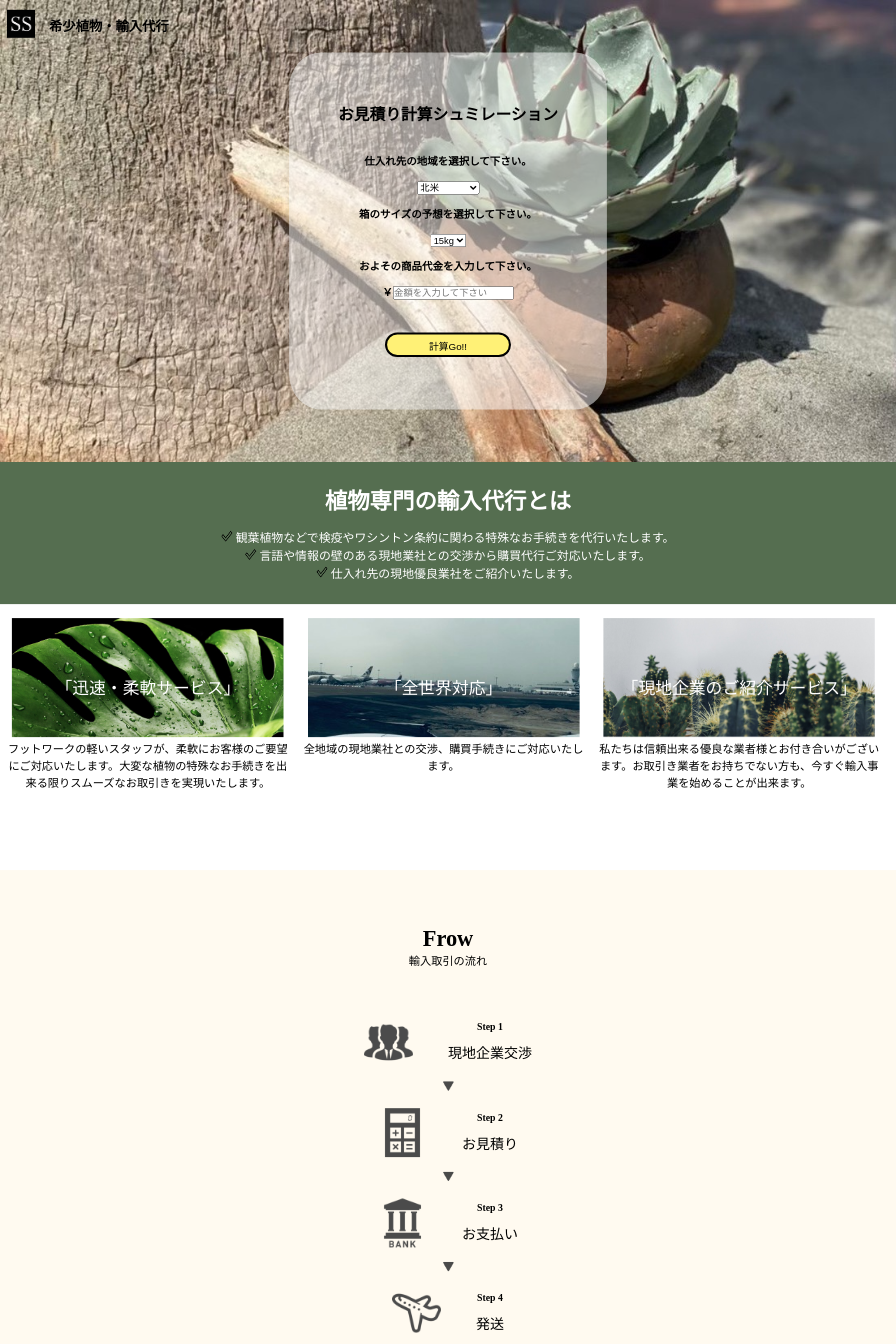
Repository: Seiya00002/seeds-surf-lp
Page: index.html
These files come from the project's save history. The page is drawn as it stood at one moment and after the next save; the edit follows.
The browser window is 1280 px wide. The pictures show the part of the page from y = 0 to 1920 px (the page is 4263 px tall), at 70% of full size.

Above is the page before, as saved 2023-07-19 08:33:24.

After the next save:
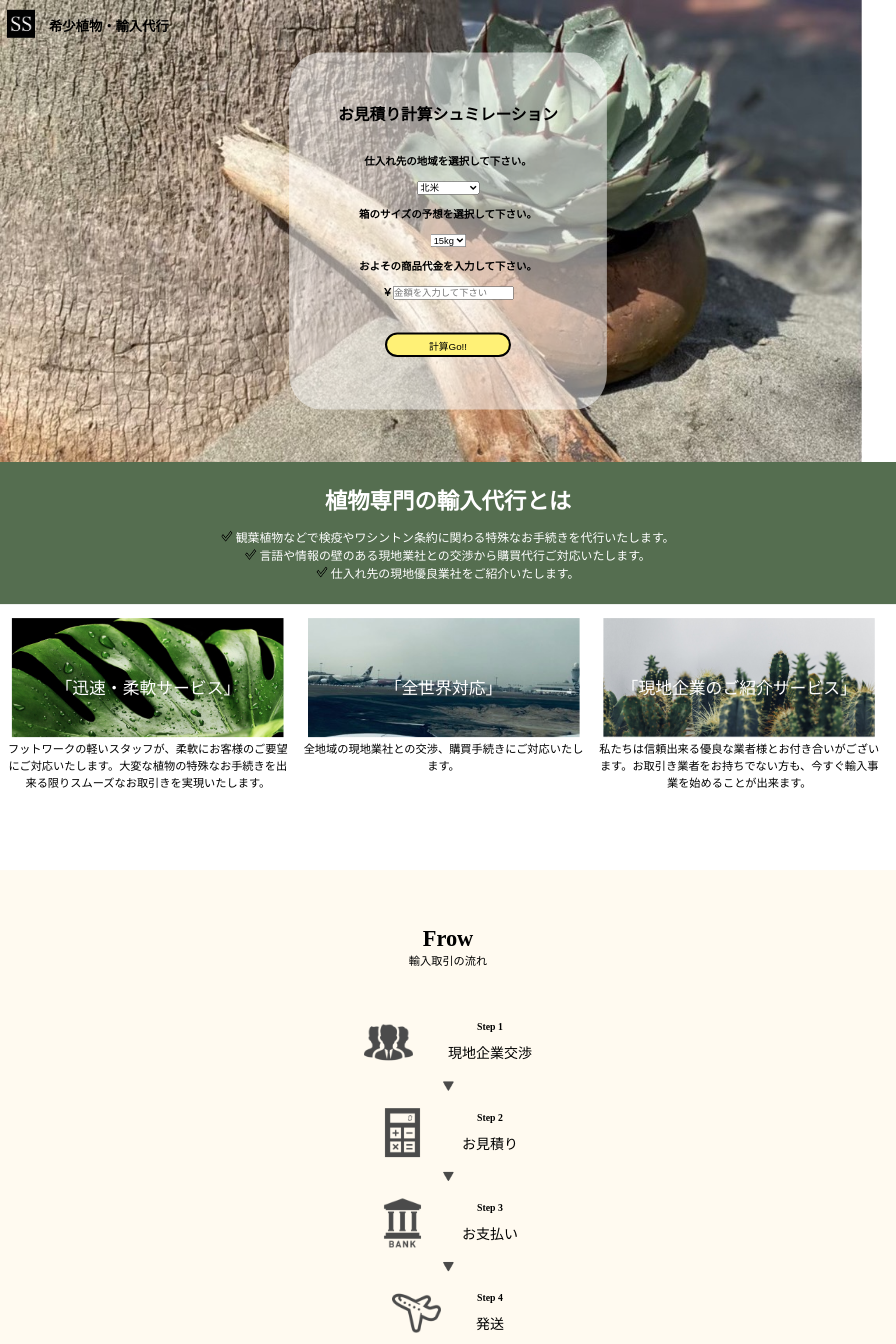
Saved 21 s later.
--- a/css/style.css
+++ b/css/style.css
@@ -69,8 +69,8 @@
 
 .hero_message {
     background-image: url(../img/cream-spike.jpg);
-    background-size: cover;
-
+    background-size: contain;
+    background-repeat: no-repeat;
 
     font-size: 15px;
     color: black;

After the save that followed:
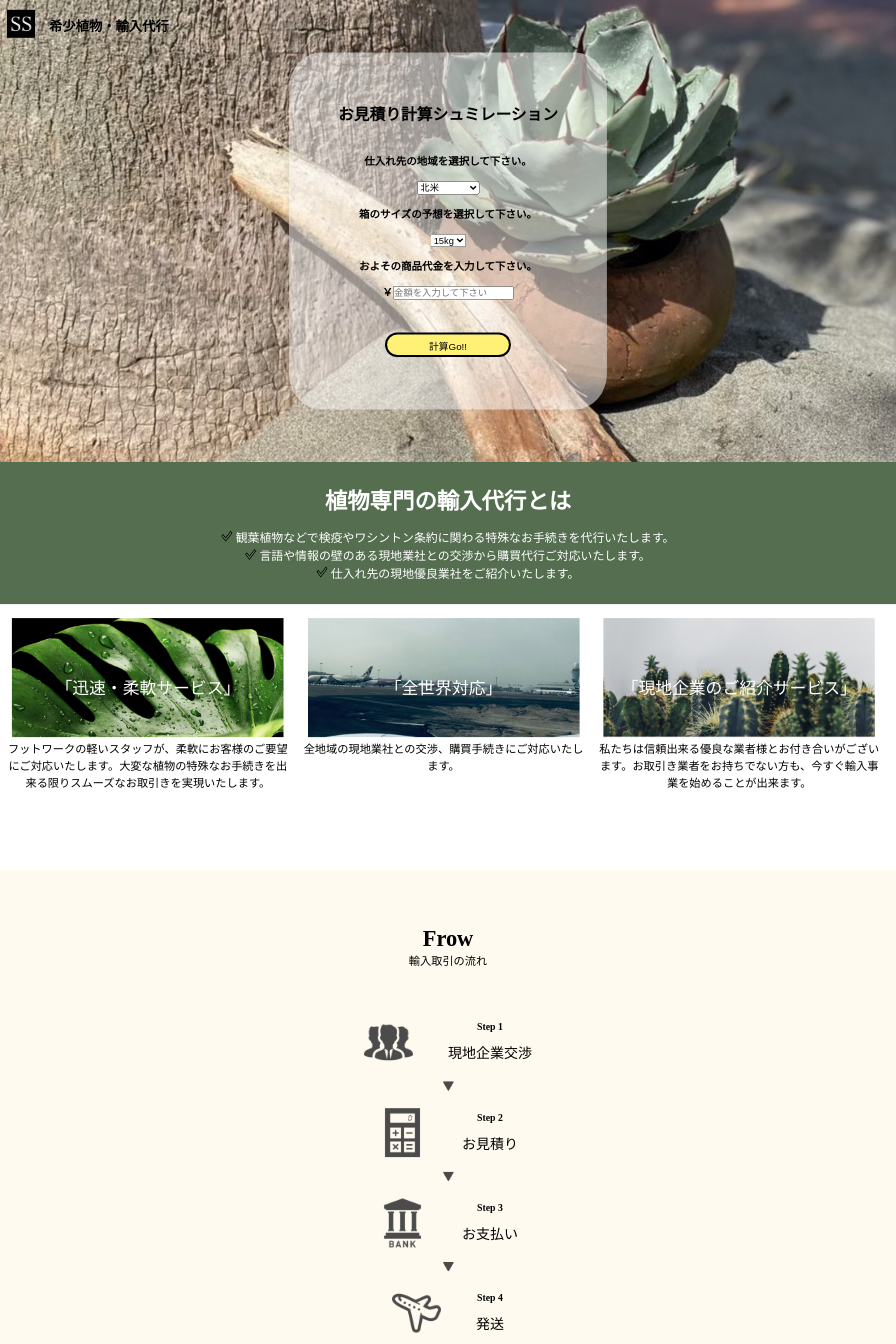
Saved 18 s later.
--- a/css/style.css
+++ b/css/style.css
@@ -69,8 +69,7 @@
 
 .hero_message {
     background-image: url(../img/cream-spike.jpg);
-    background-size: contain;
-    background-repeat: no-repeat;
+    background-size: cover;
 
     font-size: 15px;
     color: black;
